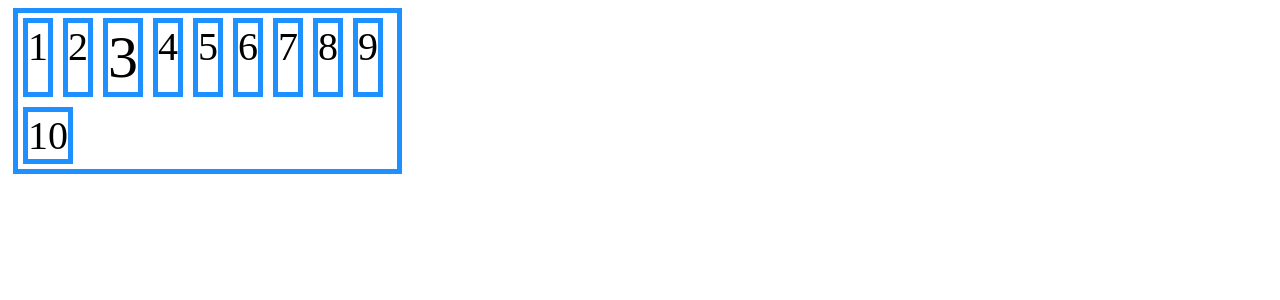
Repository: eversonps/flexbox-grid-css
Page: flexbox/flexbox1.html
These files come from the project's save history. The page is drawn as it stood at one moment and after the next save; the edit follows.
The browser window is 1280 px wide. The pictures show the whole page.

Above is the page before, as saved 2022-03-23 15:19:58.

### flexbox/flexbox1.html
<!DOCTYPE html>
<html>

<head>
    <meta charset="UTF-8">
    <title>Flexbox #01</title>
    <link rel="stylesheet" href="css/tag.css">
    <style>
        div {
            border: solid 5px dodgerblue;
            font-size: 40px;
            margin: 5px;
        }

        .big {
            font-size: 1.5em;
        }

        .flex-container {
            display: flex;
            flex-direction: column;
            flex-direction: column-reverse;
            flex-direction: row-reverse;
            flex-direction: row;
            width: 30%;
            flex-wrap: wrap;
        }

    </style>
</head>

<body>
    <div class="flex-container">
        <div>1</div>
        <div>2</div>
        <div class="big">3</div>
        <div>4</div>
        <div>5</div>
        <div>6</div>
        <div>7</div>
        <div>8</div>
        <div>9</div>
        <div>10</div>
    </div>
</body>

</html>

Loaded but not shown: flexbox/css/tag.css (common file)

After the next save:
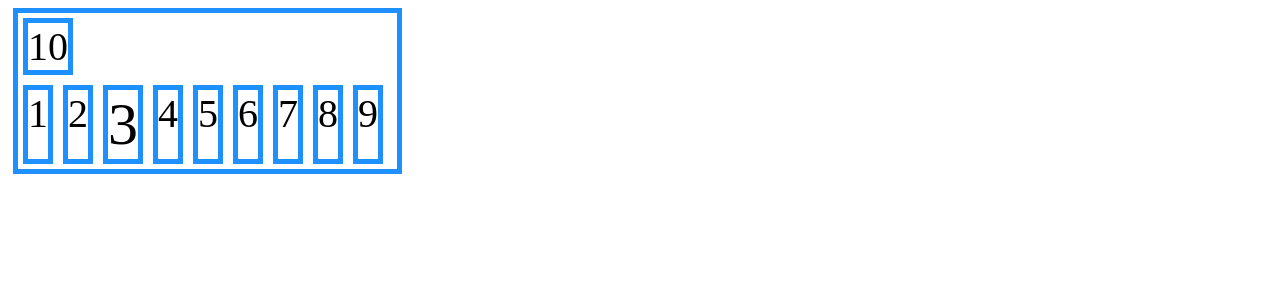
Saved 28 s later.
--- a/flexbox/flexbox1.html
+++ b/flexbox/flexbox1.html
@@ -24,6 +24,7 @@
             flex-direction: row;
             width: 30%;
             flex-wrap: wrap;
+            flex-wrap: wrap-reverse;
         }
 
     </style>

After the save that followed:
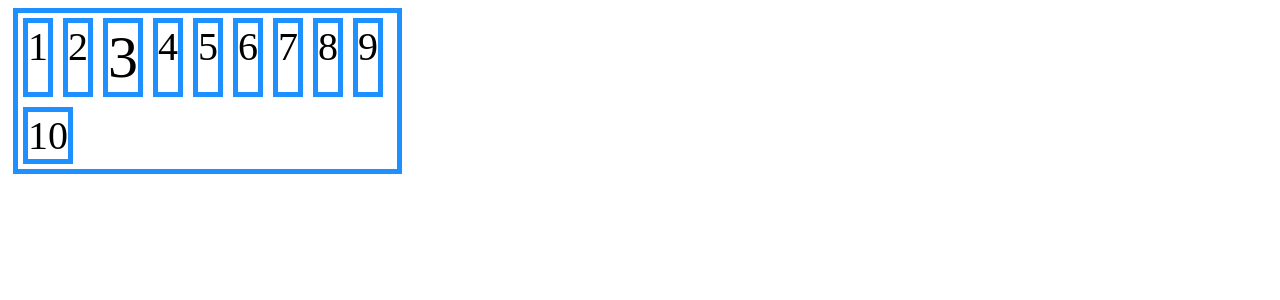
Saved 22 s later.
--- a/flexbox/flexbox1.html
+++ b/flexbox/flexbox1.html
@@ -25,6 +25,7 @@
             width: 30%;
             flex-wrap: wrap;
             flex-wrap: wrap-reverse;
+            flex-flow: row wrap;
         }
 
     </style>
